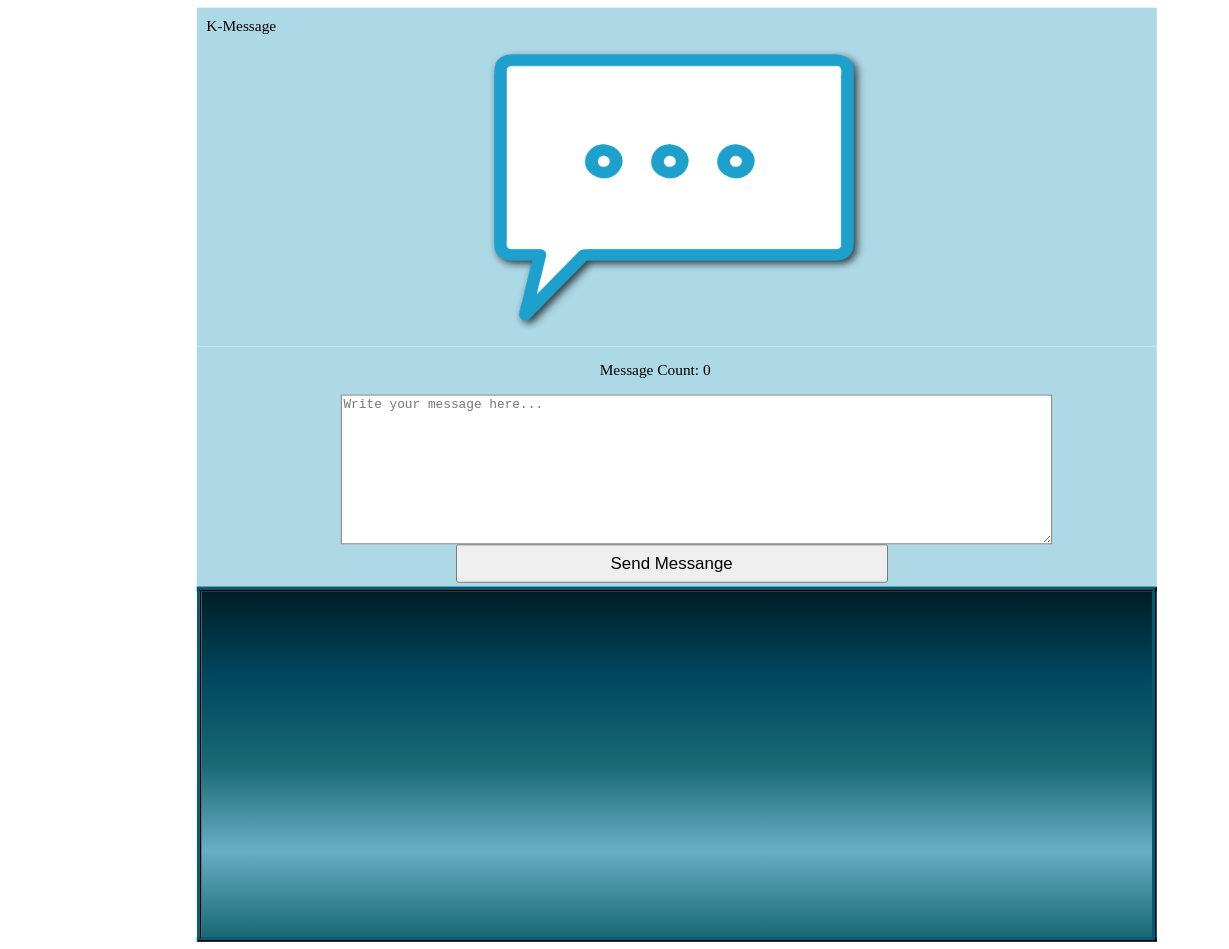
Repository: KevinUd2014/Kn222gn-laborations-Repo-1dv403
Page: 2-labbymezzage/Index.html
The author's editor kept a record of every edit. The page is drawn from the files as they stood at one moment, then again after the next edit.
The browser window is 1280 px wide. The pictures show the whole page, at 96% of full size.

Above is the page before.

### 2-labbymezzage/Index.html
<!DOCTYPE html>
<html lang="sv">
    <head>
            <link rel="stylesheet" href="CssMessage.css" type="text/css" />
            <meta charset="UTF-8" />
            <title>Labby Message</title>
            <link rel="stylesheet" type="text/css" href="CssMessage.css" />
    </head>

    <body>
        <header class="KevinMessage" id="Image">K-Message</header>

    <main>

            <div id="ram">
            <p id="numberOfMessages">Message Count: 0</p>

            <textarea id="textEntry" rows="10" cols="90" placeholder="Write your message here..."></textarea>

            <input id="sendButton" type="submit" value="Send Messange" />

            </div>
            </form>

            <div id="messagesSection">  <!--här i kommer sen komentarerna att sparas!-->
            </div>

    </main>
            <script type="text/javascript" src="Message.js"></script>
            <script type="text/javascript" src="MessageBoard.js"></script>
    </body>
</html>

### 2-labbymezzage/CssMessage.css
body
{
	width:1000px;
	margin-left:16%;
}
header
{
    background-color:lightblue;
}
main
{
    background-color:lightblue;
}
.KevinMessage
{
    padding:10px 10px;
}


#Image
{
  background-image:url(Pics/Message.png);
  background-size:400px 300px;
  background-position:center 40px;
  background-repeat: no-repeat;
  text-align:left;
  height:333px;
}
#numberOfMessages
{
    float:left;
    margin-left:42%;
}
#ram{
    display: inline-block;
}
#textEntry
{
    float:left;
    background-color:white;
    margin-left:15%;
}

#sendButton
{
    width:45%;
    height:40px;
    font-size:110%;
    float:left;
    margin-left:27%;
}
#messagesSection
{
    overflow-y:scroll;
    min-height:200px;
    height:360px;
    border:ridge 5px #001D27;
    background:linear-gradient(#001D27,#004860, #186974, #69AEC5, #186974);
}
#messagesSection p
{
    word-break:break-all;
    margin-right:10%;
    margin-left:10%;
    min-height:50px;
    background-color:Darkblue;
}
input
{
}

  ::selection {
  color:#F7F7F7;
  background: #D0458E; /* Denna gör det kompatibelt med WebKit/Blink webläsare så som safari och google! */
  }
  ::-moz-selection {
  color:#F7F7F7;
  background: #D0458E; /* Denna gör koden kompatibell med Gecko webläsare alltså mozilla! */
  }

### 2-labbymezzage/Message.js
"use strict";


    function Message (message, date){

        this.getText = function(){
          return message;
        };

        this.setText = function(_text){
          message = _text;
        };
        this.getDate = function(){
            return date;
        };
        this.setDate = function(_date){
            date = _date;
        };
    }

    Message.prototype.toString = function(){
        return this.getText()+" ("+this.getDate()+")";
    };

    Message.prototype.getHTMLText = function(){
        return this.getText().replace(/[\n\r]/g, "<br/>");
    };

    Message.prototype.getDateText = function(){

    };

### 2-labbymezzage/MessageBoard.js
"use strict";


    var MessageBoard = {

    message: [], // skapar en array! message
    numberOfMessages: 0,// en funktion som ska hålla reda på hr många kommentarer de har skrivits!

    init:function()
    {
         var send = document.getElementById("sendButton"); //skapar här en ny variabel som ska ta omhand om när man trycker på skicka knappen
         send.onclick = MessageBoard.sendMessage;//när man nu trycker på skicka knappen så anropar denna funktionen send message som tar omhand om de skickade meddelnadet!
    },

    sendMessage: function() // skickade meddelande funktionen!
    {
        var entry = document.getElementById("textEntry").value; // skapar nu en ny variabel som innehåller allt som står i text entry rutan och ger detta ett värde med value!
        MessageBoard.message.push(new Message(entry, new Date()));// skapar här ett nytt message som innehåller entry variabeln och ett datum
        //alert(MessageBoard.message[MessageBoard.numberOfMessages]);
        MessageBoard.numberOfMessages++;// plussar här på antalet meddelanden
        document.getElementById("numberOfMessages").innerHTML = "Message Count: " + MessageBoard.numberOfMessages;// länkar här nummer av meddelanden till denna skriver samma text vilket kommer ändras i html documentet!
        var arrayList = MessageBoard.message.length -1; // skapar nu en array som ska innehålla alla meddelanden (vet inte riktigt vad -1 gör!)
        MessageBoard.RenderMessage(arrayList);// skickar nu listan till render message !
    },

    RenderMessage: function(entry)  // tar emot entry variablen
    {
        var textString = document.createElement("p");// skapar en ny variabel och ett element p!
        document.getElementById("messagesSection").innerHTML = textString + MessageBoard.messages[entry].getHTMLText() + textString;
        //textString.innerHTML = MessageBoard.messages[entry].getHTMLText(); //
        messagesSection.appendChild(textString); // får inte denna att funka!!!!
        var funcTion = document.getElementById("messagesSection");
        funcTion.scrollTop = funcTion.scrollHeight;
    }

};

    /*    var mess = new Message("TestMessage", new Date());
    //alert(mess);  // den här använder toString för utskrift
    console.log(mess.getText());
    //alert(mess.getText());  //Skriver enbart ut texten
    mess.setText("Other Text");
    //alert(mess); //Skriver ut meddelandet med ändrad text
    console.log(mess.getText());
    console.log(mess.getDate());
    MessageBoard.getMessages();*/

    /*getMessages: function(){
        MessageBoard.message.push(new Message("Testar om ", new Date()), new Message("allt går o skriva såhär", new Date()), new Message("Verkar gå bra!", new Date()));

        console.log(MessageBoard.message[0]);
        console.log(MessageBoard.message[2].getText());
    }*/


window.onload = MessageBoard.init;

After the next edit:
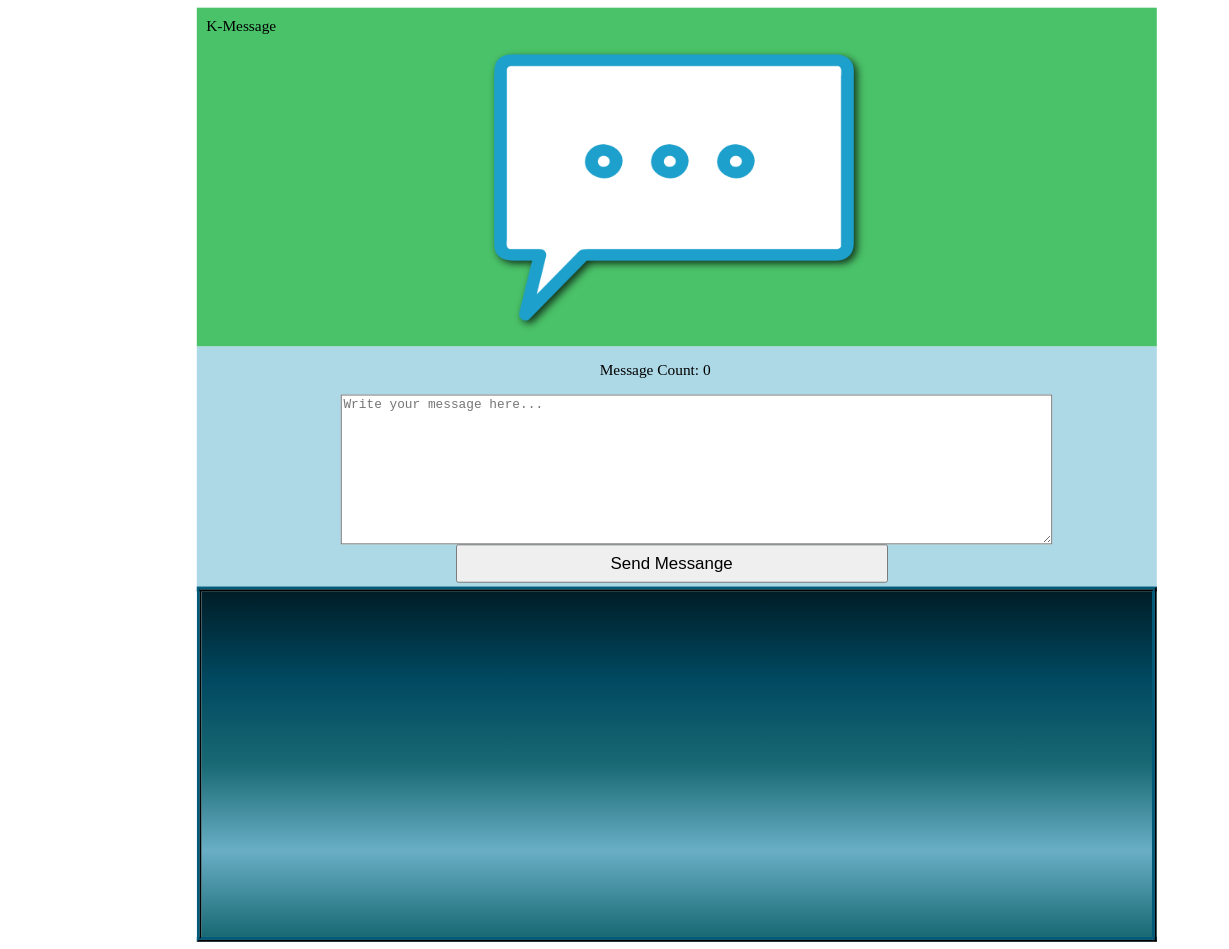
The edit:
--- a/2-labbymezzage/CssMessage.css
+++ b/2-labbymezzage/CssMessage.css
@@ -5,7 +5,7 @@
 }
 header
 {
-    background-color:lightblue;
+    background-color:#4AC269;
 }
 main
 {
